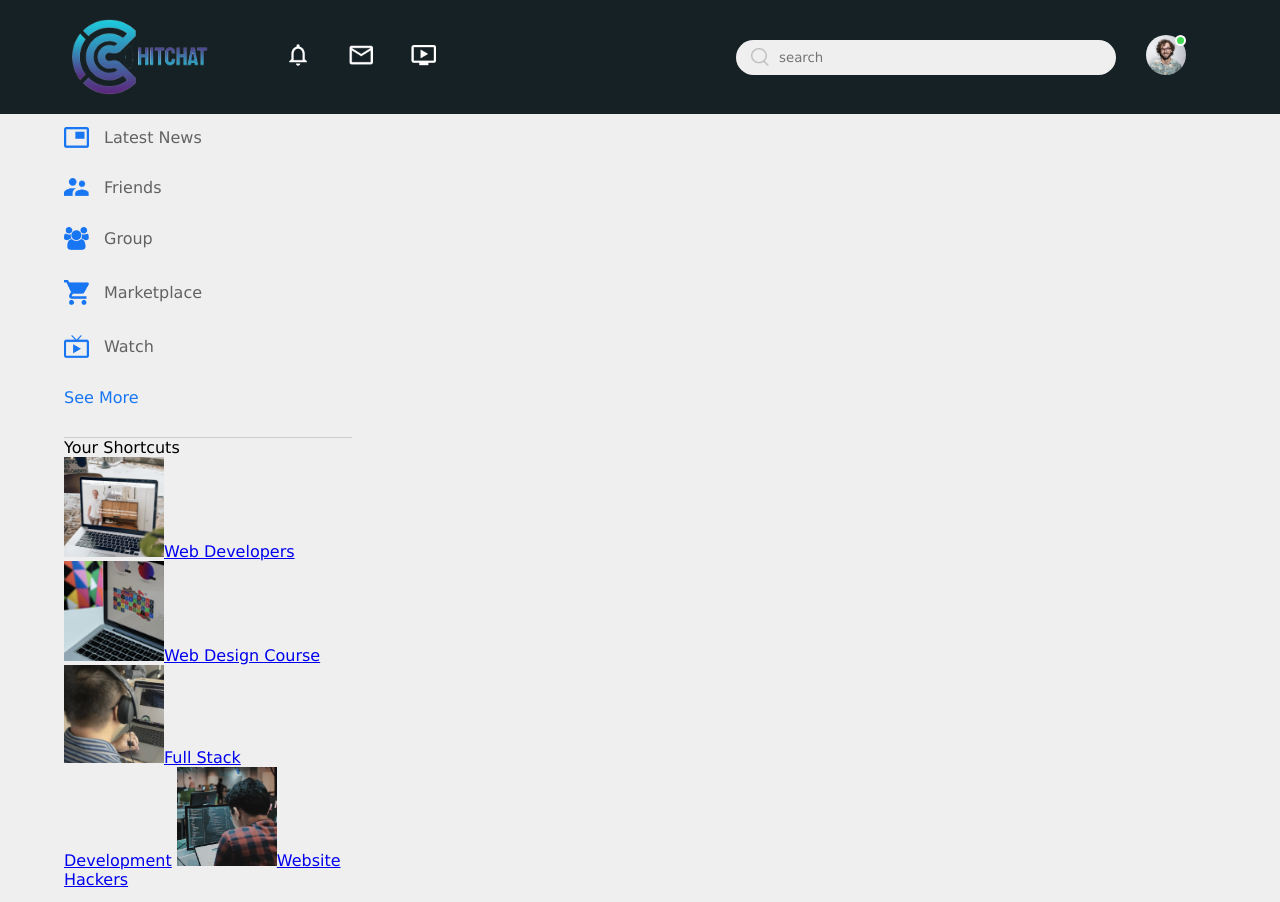
Repository: omarhasnain/ChitChat
Page: index.html
These files come from the project's save history. The page is drawn as it stood at one moment and after the next save; the edit follows.
The browser window is 1280 px wide. The pictures show the whole page.

Above is the page before, as saved 2021-07-11 16:32:36.

After the next save:
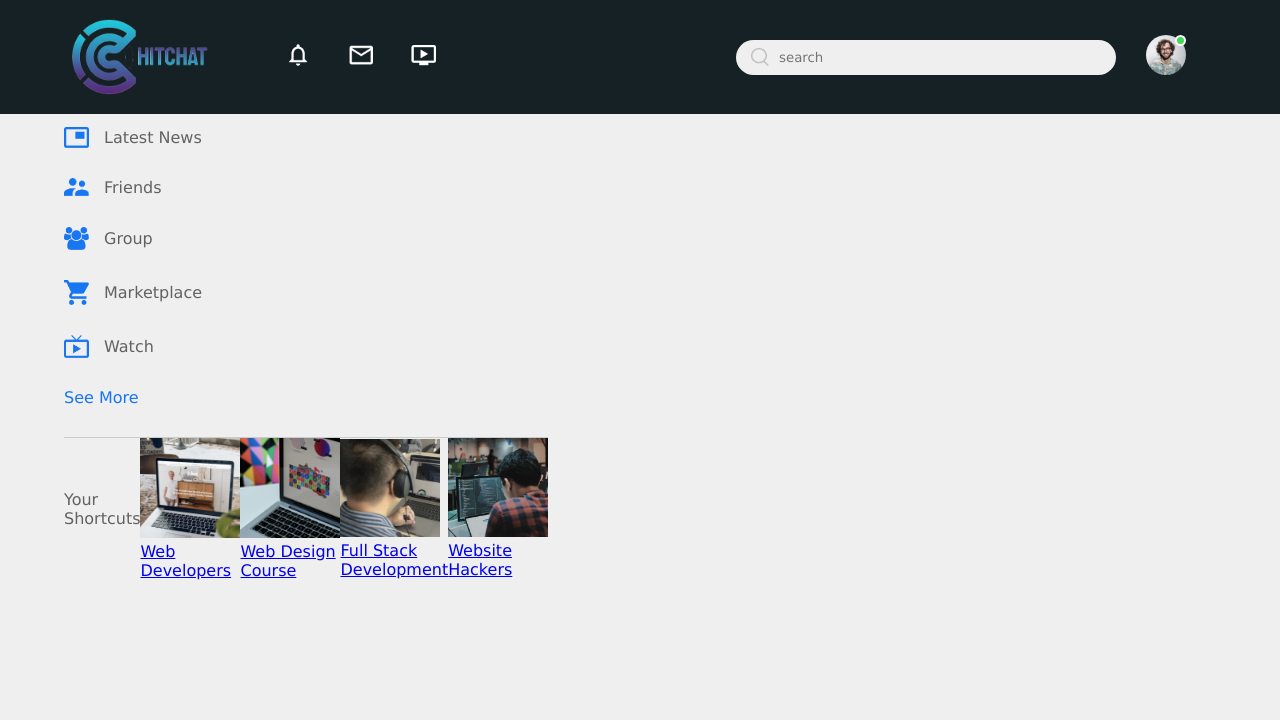
Saved 37 s later.
--- a/style.css
+++ b/style.css
@@ -115,7 +115,8 @@
     flex-basis: 47%;
 }
 
-.important-links a {
+.important-links a,
+.shortcut-links {
     text-decoration: none;
     display: flex;
     align-items: center;
